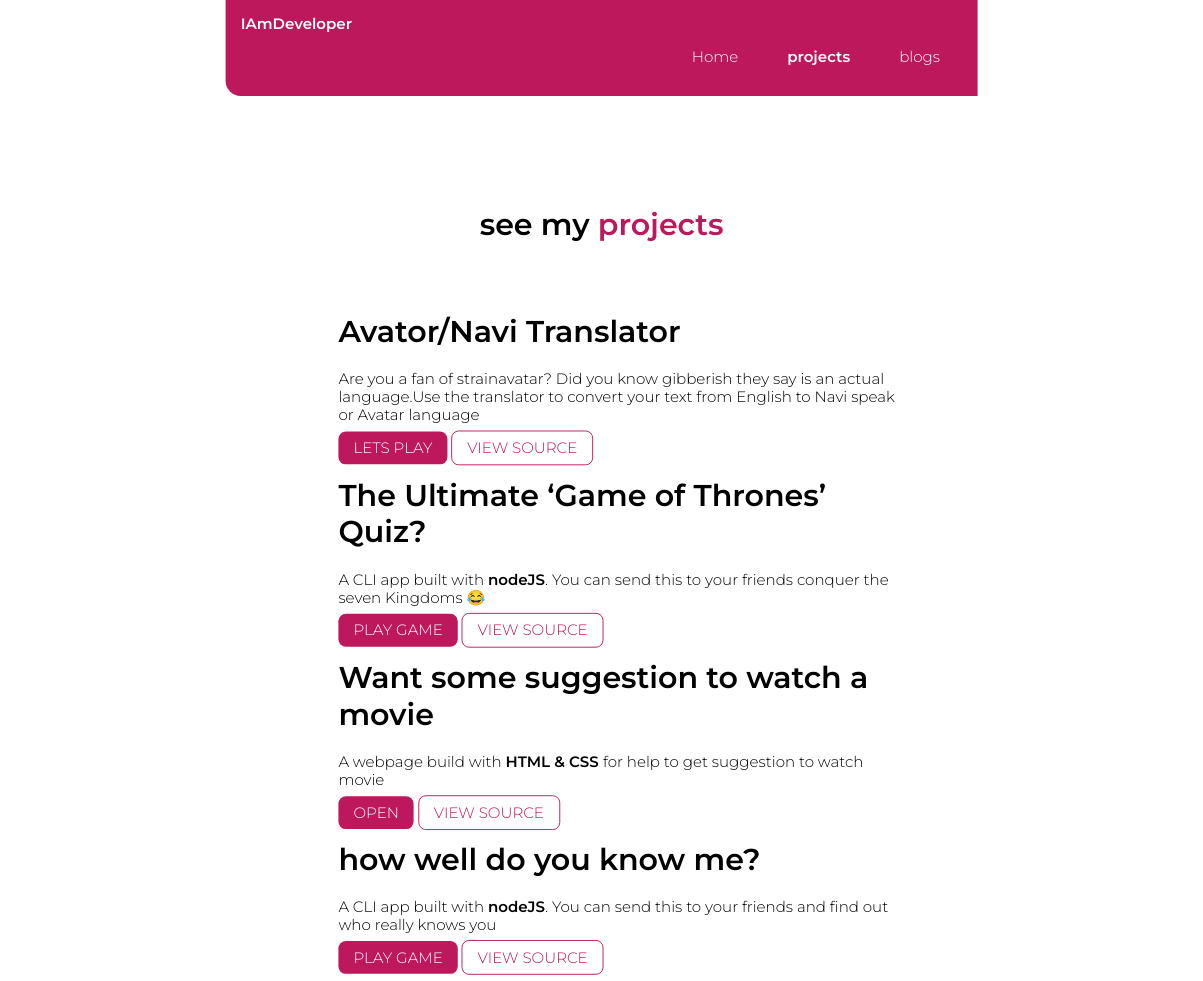
Repository: sohan2503001/Portfolio
Page: projects.html
These files come from the project's save history. The page is drawn as it stood at one moment and after a run of saves; the edit follows.
The browser window is 1280 px wide. The pictures show the whole page, at 94% of full size.

Above is the page before, as saved 2021-04-21 12:55:08.

After the next 2 saves:
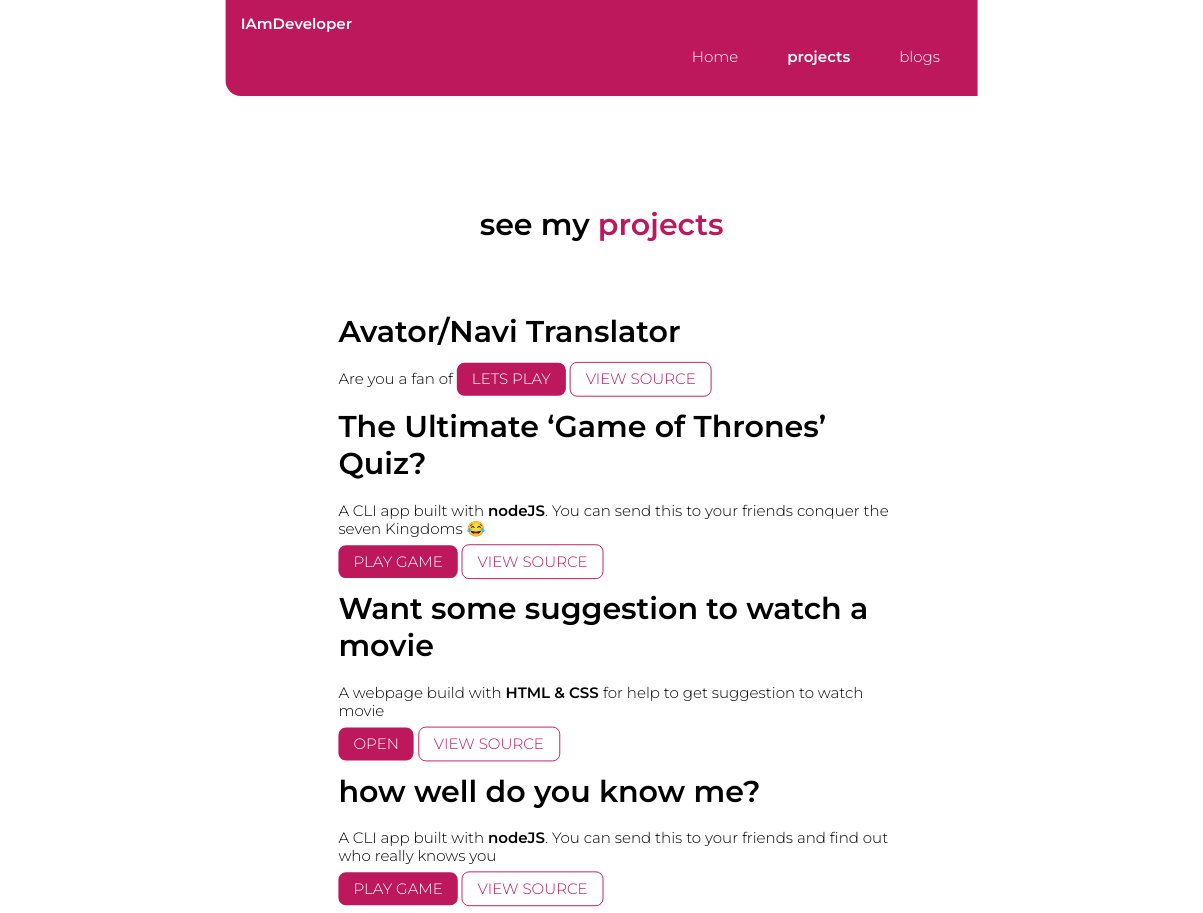
The 2 saves are shown as one change because they came seconds apart.
The last was saved 6 s later.
--- a/projects.html
+++ b/projects.html
@@ -38,7 +38,7 @@
       <li>
         <h1>Avator/Navi Translator </h1>
         <p>
-          Are you a fan of strainavatar? Did you know gibberish they say is an actual
+          Are you a fan of <stravatar? Did you know gibberish they say is an actual
           language.Use the translator to convert your text from English to Navi
           speak or Avatar language
         </p>

After the save that followed:
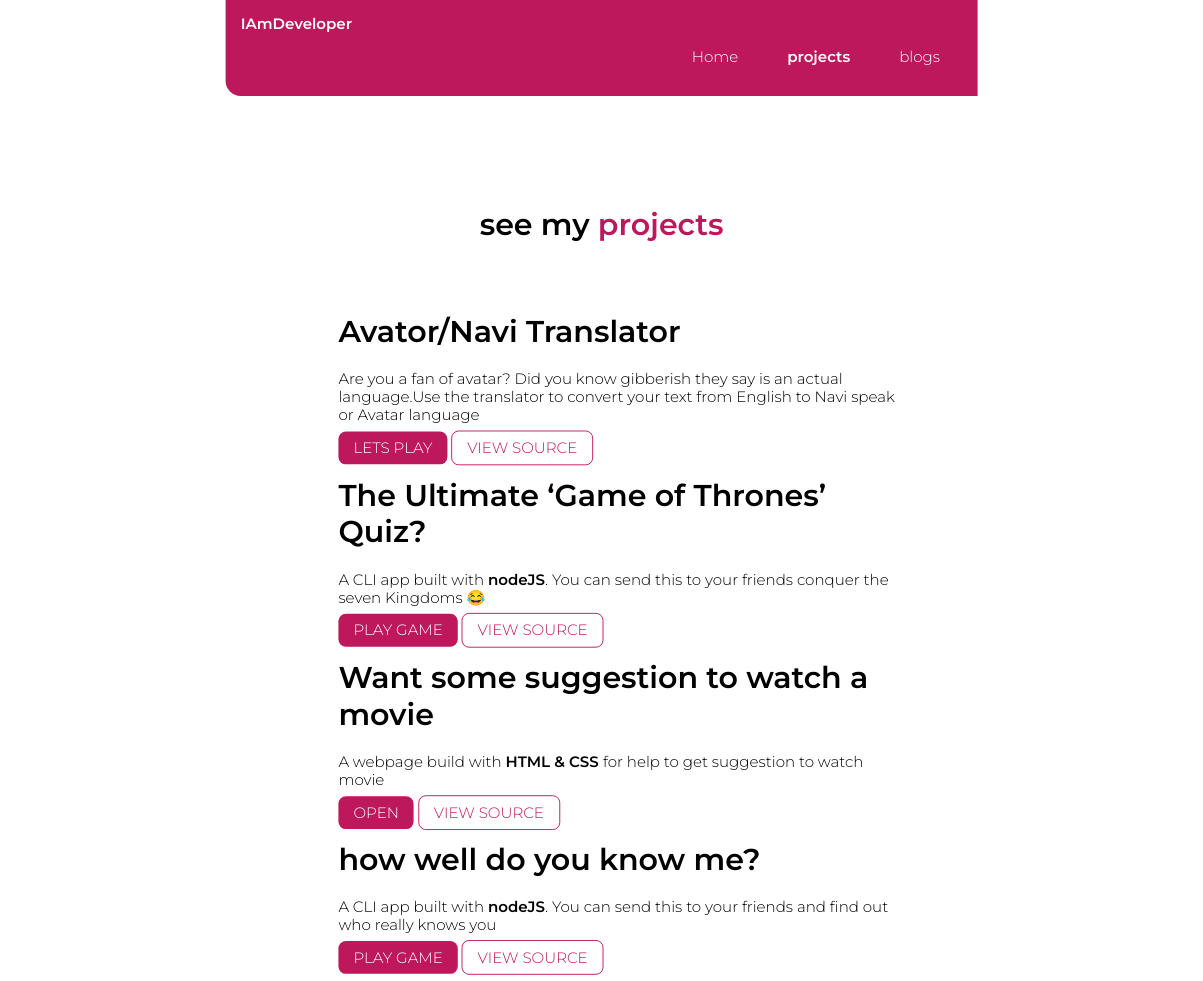
Saved 4 s later.
--- a/projects.html
+++ b/projects.html
@@ -38,7 +38,7 @@
       <li>
         <h1>Avator/Navi Translator </h1>
         <p>
-          Are you a fan of <stravatar? Did you know gibberish they say is an actual
+          Are you a fan of <strong></strong>avatar? Did you know gibberish they say is an actual
           language.Use the translator to convert your text from English to Navi
           speak or Avatar language
         </p>
